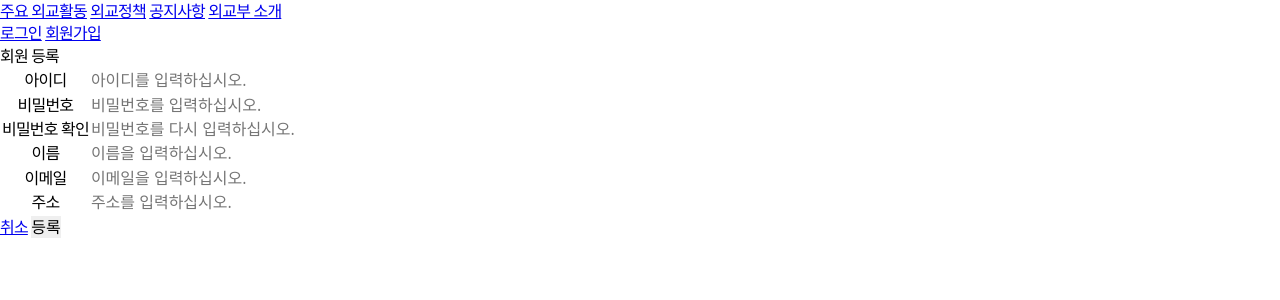
Repository: dllgkdud/pro07
Page: http://localhost/pro07/WEB-INF/views/users/add.jsp
These files come from the project's save history. The page is drawn as it stood at one moment and after the next save; the edit follows.
The browser window is 1280 px wide. The pictures show the whole page.
Some web fonts or font styles are not loaded; a fallback is used. The page is served by Tomcat 9. Nobody is signed in. The template is opened directly, without the code that normally fills it, so the values that code supplies are empty.

Above is the page before, as saved 2022-12-30 04:52:39.

After the next save:
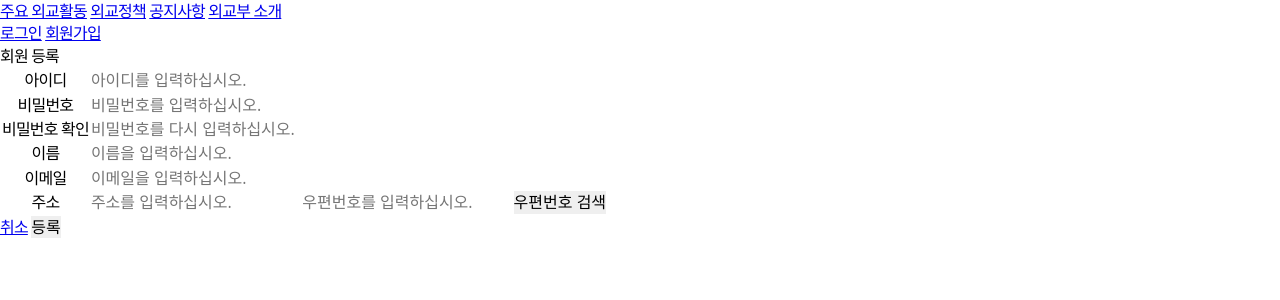
Saved 78 s later.
--- a/pro07/src/main/webapp/WEB-INF/views/users/add.jsp
+++ b/pro07/src/main/webapp/WEB-INF/views/users/add.jsp
@@ -43,7 +43,11 @@
 			</tr>
 			<tr>
 				<th>주소</th>
-				<td><input type="text" name="address" id="address" placeholder="주소를 입력하십시오." required></td>
+				<td>
+					<input type="text" name="address" id="address" placeholder="주소를 입력하십시오." required>
+					<input type="text" name="postcode" id="postcode" placeholder="우편번호를 입력하십시오." required />
+					<button id="button" onclick="findAddr()" class="button">우편번호 검색</button>
+				</td>
 			</tr>
 		</table>
 		<div class="button_group">
